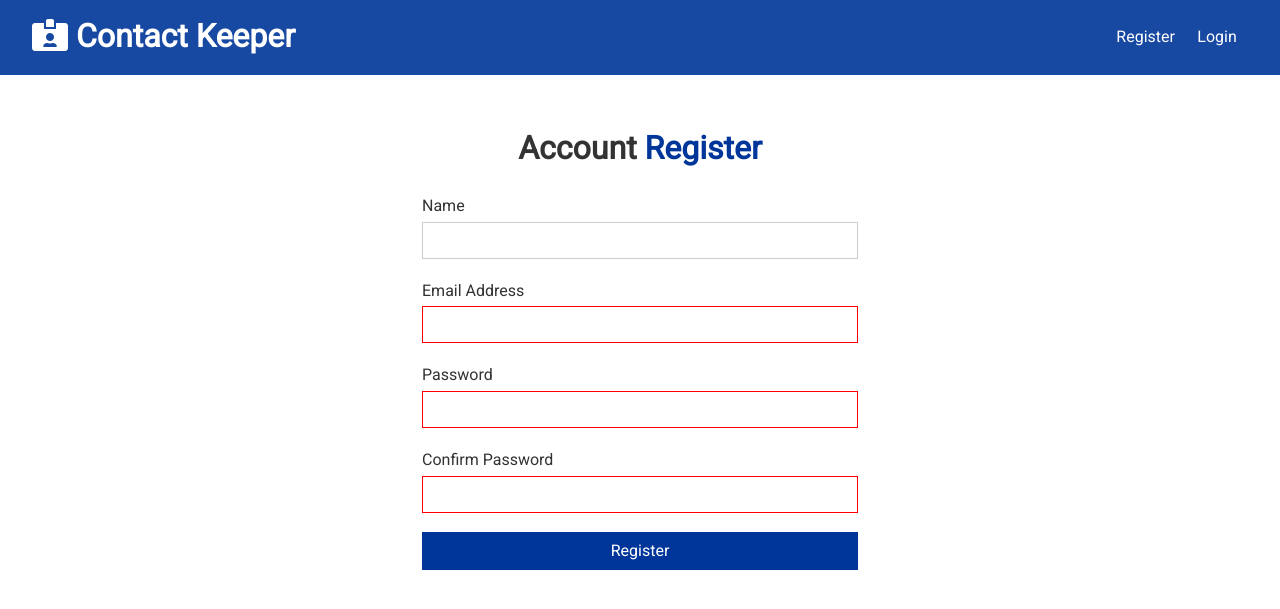
Repository: Art101-ui/Contact-keeper
Page: /register (app in client/)
These files come from the project's save history. The page is drawn as it stood at one moment and after the next save; the edit follows.
The browser window is 1280 px wide. The pictures show the whole page.
Some web libraries are served in a nearby version. The project was rebuilt for these pictures with package versions that can differ from the ones it lists, and the page was loaded fresh each time. Also part of the build but not shown: client/src/components/contacts/ContactsItem.js, client/src/components/layout/Spinner.js, client/src/components/contacts/Contacts.js, client/src/components/contacts/ContactForm.js, client/src/components/contacts/ContactsFilter.js, client/src/components/pages/Home.js, client/src/components/pages/About.js, client/src/components/layout/Alert.js and 2 more.

Above is the page before, as saved 2021-09-27 10:50:11.

After the next save:
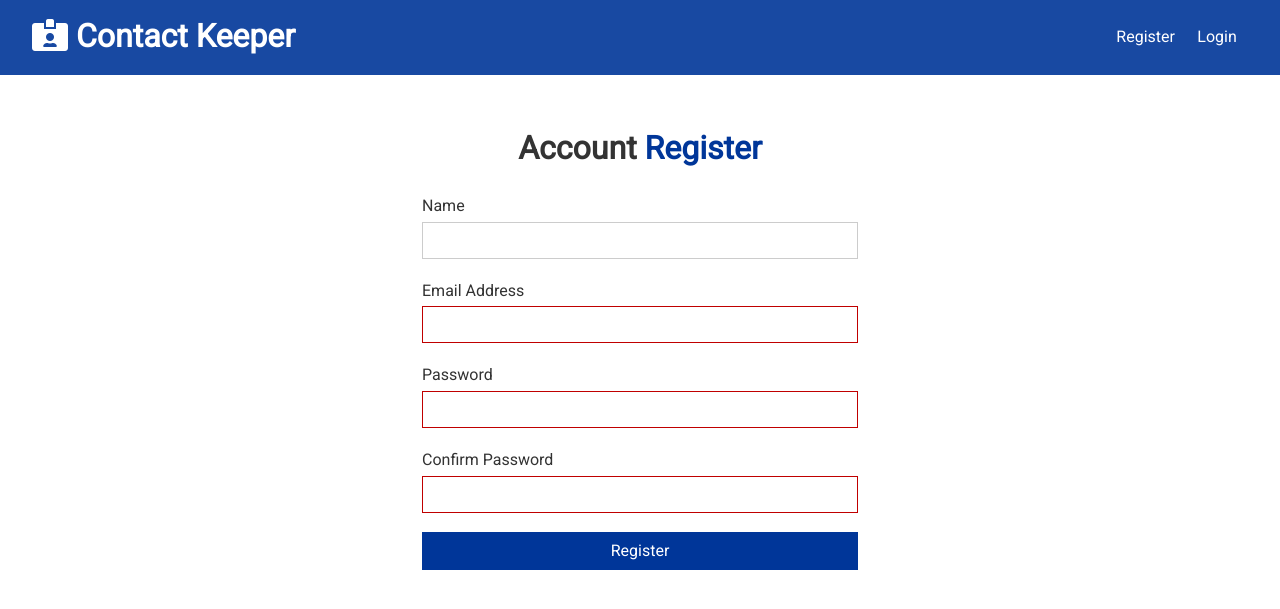
Saved 2 min 3 s later.
--- a/client/src/App.css
+++ b/client/src/App.css
@@ -323,8 +323,8 @@ button {
   font: inherit;
 }
 
-input:invalid {
-  border-color: red;
+input:required:invalid {
+  border-color: #c00000;
 }
 
 .form-group {
